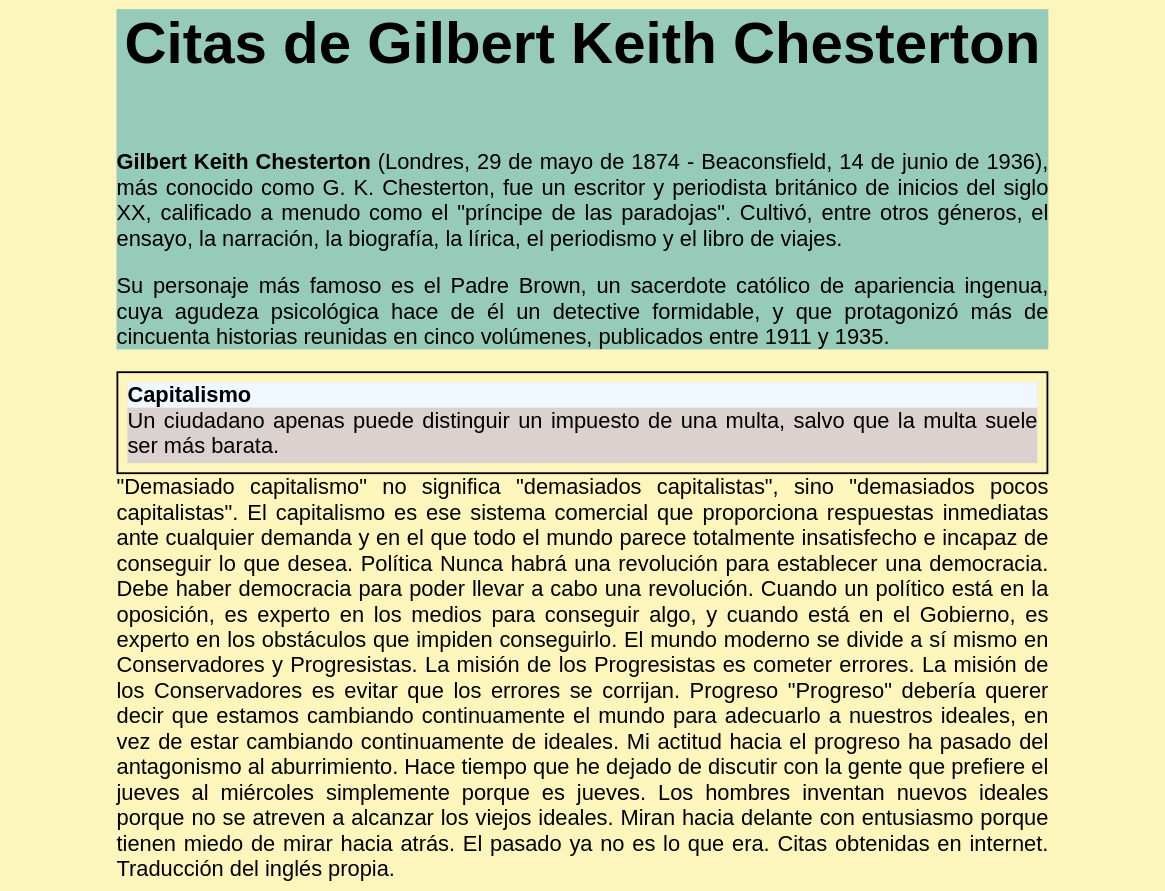
Repository: EmilyMachuca-Developer/Advanced-Programming-Projects
Page: index.html
An editor plug-in stored every save of this project. The page is shown before and after the next save, followed by the edit.
The browser window is 1280 px wide. The pictures show the whole page, at 91% of full size.

Above is the page before, as saved 2024-02-26 20:32:35.

After the next save:
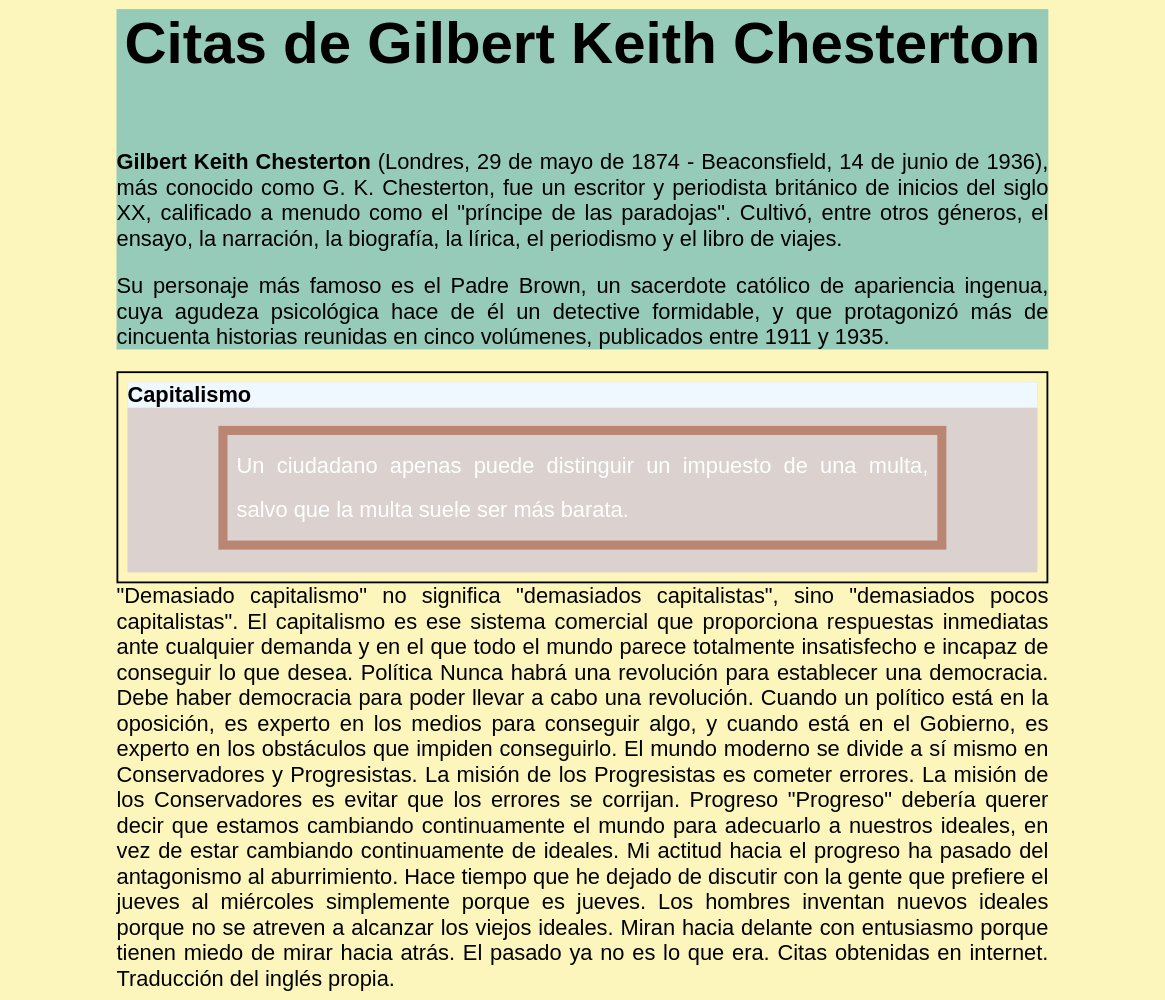
Saved 23 s later.
--- a/index.html
+++ b/index.html
@@ -13,7 +13,7 @@
     </div>
     <main><section><div style="background-color: aliceblue;"><h7><strong>Capitalismo</strong></h7></div>
 
-        <div><h19>Un ciudadano apenas puede distinguir un impuesto de una multa, salvo que la multa suele ser más barata.</h19></div></section></main>
+        <div><p>Un ciudadano apenas puede distinguir un impuesto de una multa, salvo que la multa suele ser más barata.</h19></div></section></main>
 
 
 
